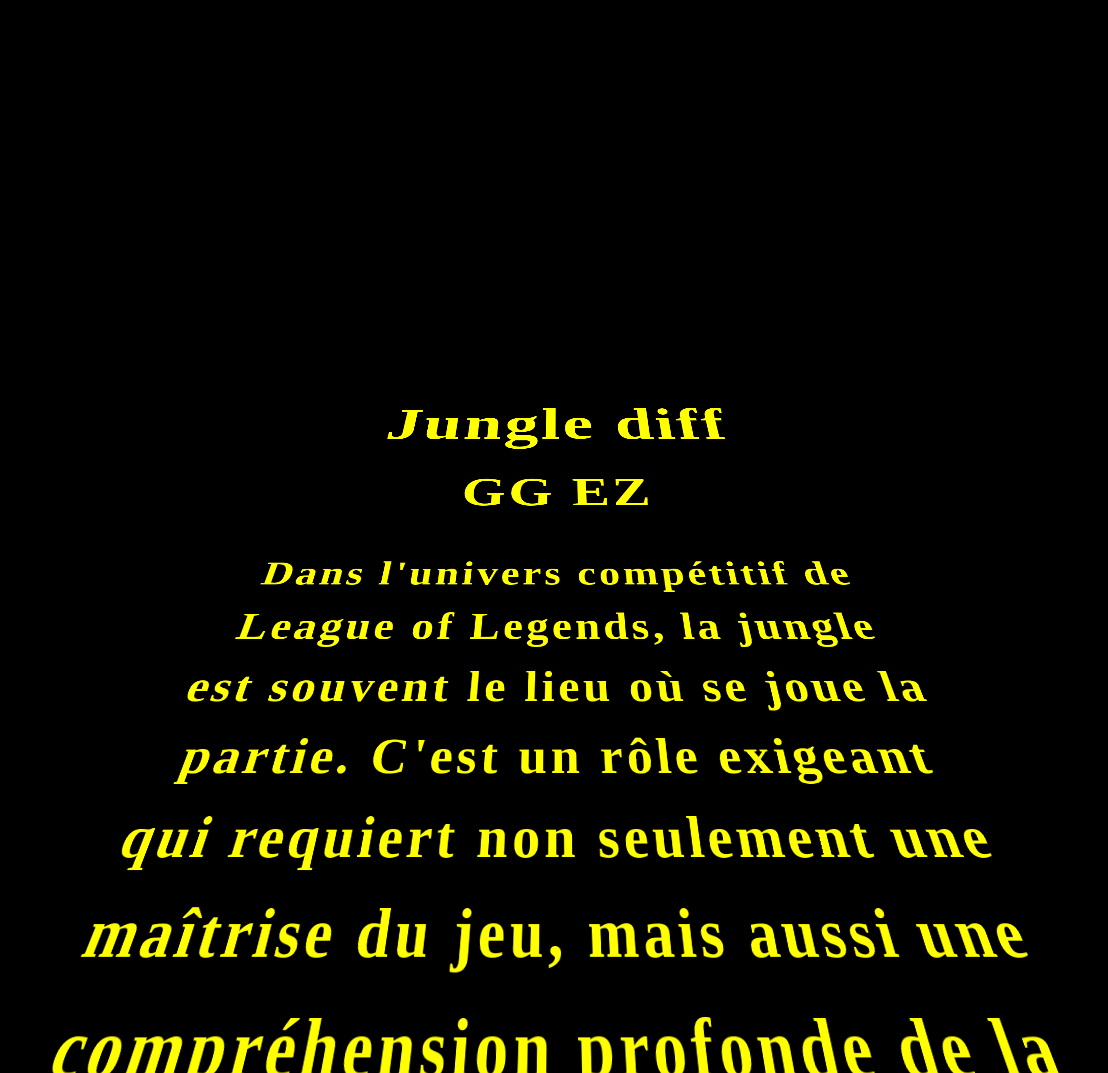
Repository: Alexander-Fejari/exercices-star-wars
Page: index.html
These files come from the project's save history. The page is drawn as it stood at one moment and after the next save; the edit follows.
The browser window is 1280 px wide. The page is 1288 px wide, so the pictures cover 1288 px, including what lies to the right of the window. The pictures show the whole page, at 86% of full size.
Some web fonts or font styles are not loaded; a fallback is used.

Above is the page before, as saved 2023-09-28 17:46:43.

After the next save:
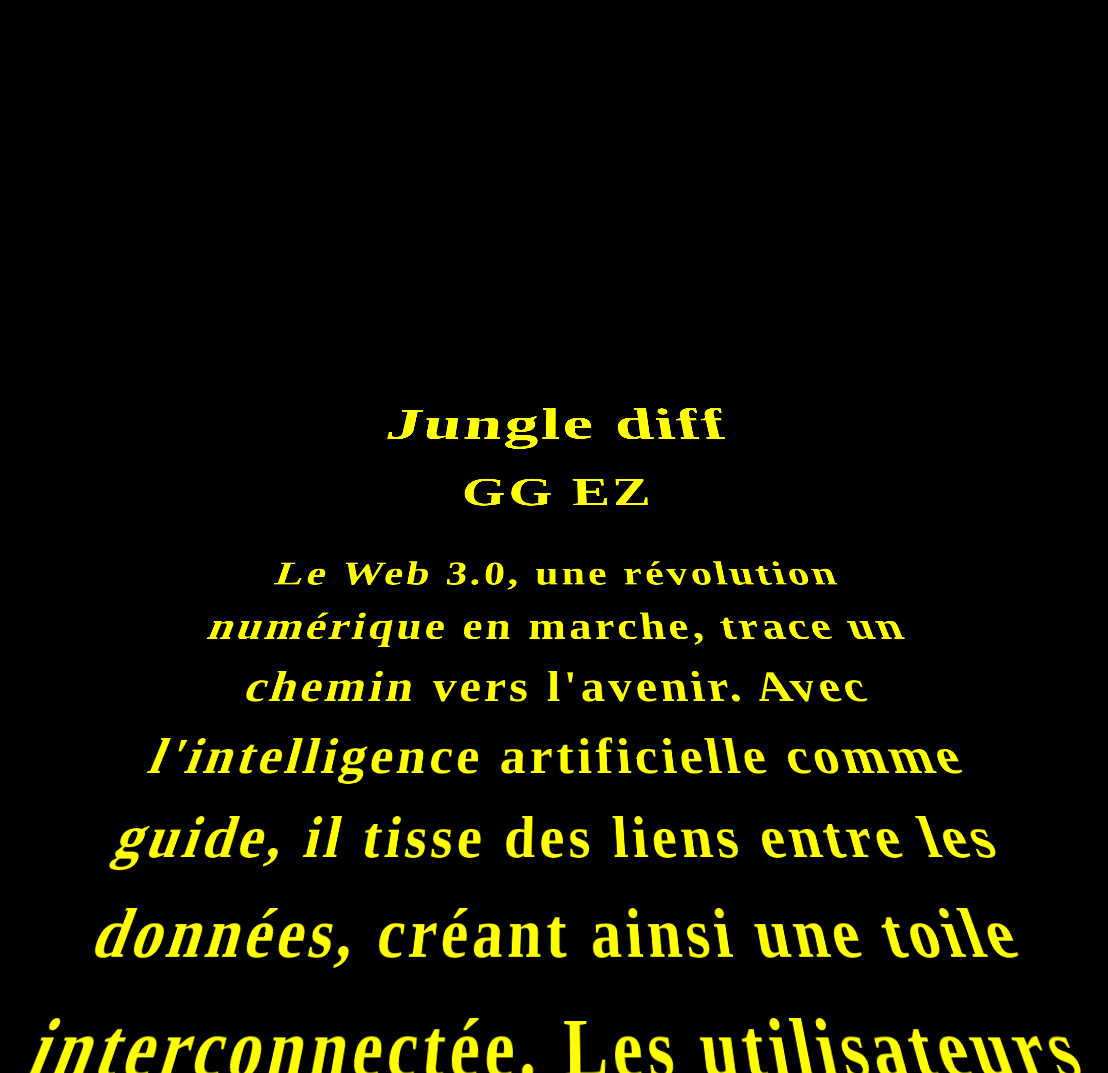
Saved 2 min 35 s later.
--- a/index.html
+++ b/index.html
@@ -15,55 +15,17 @@
           <h2>GG EZ</h2>
         </div>
         <p>
-          Dans l'univers compétitif de League of Legends, la jungle est souvent
-          le lieu où se joue la partie. C'est un rôle exigeant qui requiert non
-          seulement une maîtrise du jeu, mais aussi une compréhension profonde
-          de la carte, de la stratégie d'équipe, et de la capacité à prendre des
-          décisions rapides. À travers d'innombrables parties et de nombreuses
-          heures d'entraînement, j'ai acquis les compétences nécessaires pour
-          affirmer fièrement que j'ai été meilleur que mon adversaire en jungle,
-          et voici pourquoi. Connaissance de la jungle : Pour réussir en tant
-          que jungler, il est essentiel de connaître les itinéraires, les timers
-          des camps et les mécanismes de la jungle. J'ai investi du temps pour
-          comprendre chaque détail, ce qui m'a donné un avantage considérable
-          sur mes adversaires. Adaptation au méta : League of Legends est en
-          constante évolution, avec des champions et des objets qui sont buffés
-          ou nerfés régulièrement. J'ai suivi de près ces changements et m'y
-          suis adapté rapidement, en choisissant les champions les plus forts
-          pour chaque patch. Communication d'équipe : Une communication efficace
-          est cruciale dans League of Legends, et j'ai toujours cherché à
-          coordonner mon équipe, que ce soit pour les invasions de jungle, les
-          ganks ou les objectifs. Prise de décision stratégique : En tant que
-          jungler, j'ai développé une capacité à prendre des décisions
-          stratégiques rapides, que ce soit pour aider une voie en difficulté,
-          sécuriser un dragon ou contrôler la vision de la carte. Gestion des
-          objectifs : J'ai été expert dans la gestion des objectifs tels que les
-          dragons, les barons et les tourelles. Savoir quand les prendre et
-          comment les protéger est essentiel pour gagner la partie. Maîtrise des
-          champions : J'ai consacré du temps à maîtriser une variété de
-          champions de jungle, ce qui m'a permis de m'adapter aux besoins de mon
-          équipe et de contrer efficacement mes adversaires. Analyse du jeu :
-          Après chaque partie, j'ai pris le temps d'analyser mes performances,
-          de repérer mes erreurs et de travailler sur mes faiblesses pour
-          m'améliorer constamment. Esprit compétitif : Mon désir de toujours
-          progresser et de gagner m'a poussé à m'entraîner constamment, à
-          regarder des compétitions professionnelles pour apprendre des experts,
-          et à participer à des tournois amateurs pour mettre mes compétences à
-          l'épreuve. Équipe et synergies : J'ai compris l'importance de
-          travailler en équipe et de créer des synergies avec mes coéquipiers.
-          La jungle ne peut pas réussir seule, et j'ai toujours cherché à
-          renforcer la coordination et la confiance au sein de mon équipe.
-          Résilience mentale : Enfin, j'ai développé une résilience mentale pour
-          faire face aux revers et aux critiques. Au lieu de me laisser abattre
-          par les échecs, j'ai utilisé chaque défaite comme une occasion
-          d'apprendre et de grandir. En fin de compte, ma réussite en jungle sur
-          League of Legends ne repose pas seulement sur ma maîtrise des
-          mécanismes du jeu, mais aussi sur ma capacité à être un joueur
-          d'équipe efficace, un leader sur la carte, et un compétiteur
-          déterminé. La "Jungle Diff" n'est pas seulement une question de
-          mécaniques, mais aussi de stratégie, de coordination et de mentalité.
-          C'est ce cocktail d'éléments qui m'a permis de surpasser mes
-          adversaires et de devenir un jungler d'exception.
+          Le Web 3.0, une révolution numérique en marche, trace un chemin vers l'avenir. Avec l'intelligence artificielle comme
+          guide, il tisse des liens entre les données, créant ainsi une toile interconnectée. Les utilisateurs deviennent les
+          créateurs, les moteurs deviennent les partenaires. C'est un écosystème fluide où l'innovation et la collaboration
+          prospèrent.
+
+          Rêvons en grand, car le futur s'écrit en code. Code en écriture, code en action. L'équilibre entre l'humain et la
+          machine est au cœur de cette révolution. Une symphonie de bits et d'octets, où chaque interaction est une note de
+          musique dans la partition de l'Internet.
+
+          Net, l'ère du Web 3.0 est là. À nous de la modeler, de la guider, de la célébrer. Ensemble, nous créons l'avenir, un
+          futur à la fois réfléchi et révolutionnaire. L'ère du Web 3.0, une boucle infinie d'opportunités
         </p>
       </div>
     </div>
